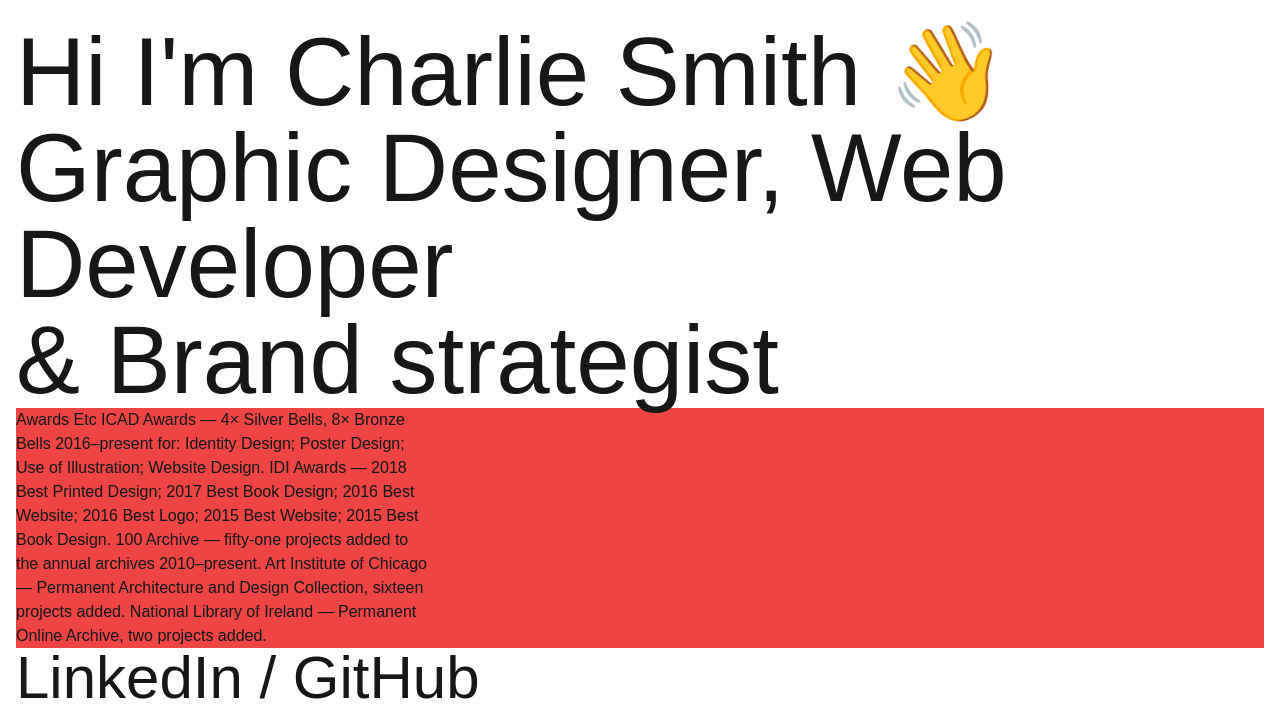
Repository: charlehs/portfolio
Page: /
The author's editor kept a copy of each file at every save. The page is drawn from the files as they stood at one save, then again after the next save.
The browser window is 1280 px wide. The pictures show the whole page.
The project was rebuilt for these pictures with package versions that can differ from the ones it lists, and the page was loaded fresh each time. The framework's server and built-in components were replaced by stand-ins that run in the browser. Also part of the build but not shown: next.config.ts.

Above is the page before, as saved 2025-01-02 16:55:13.

After the next save:
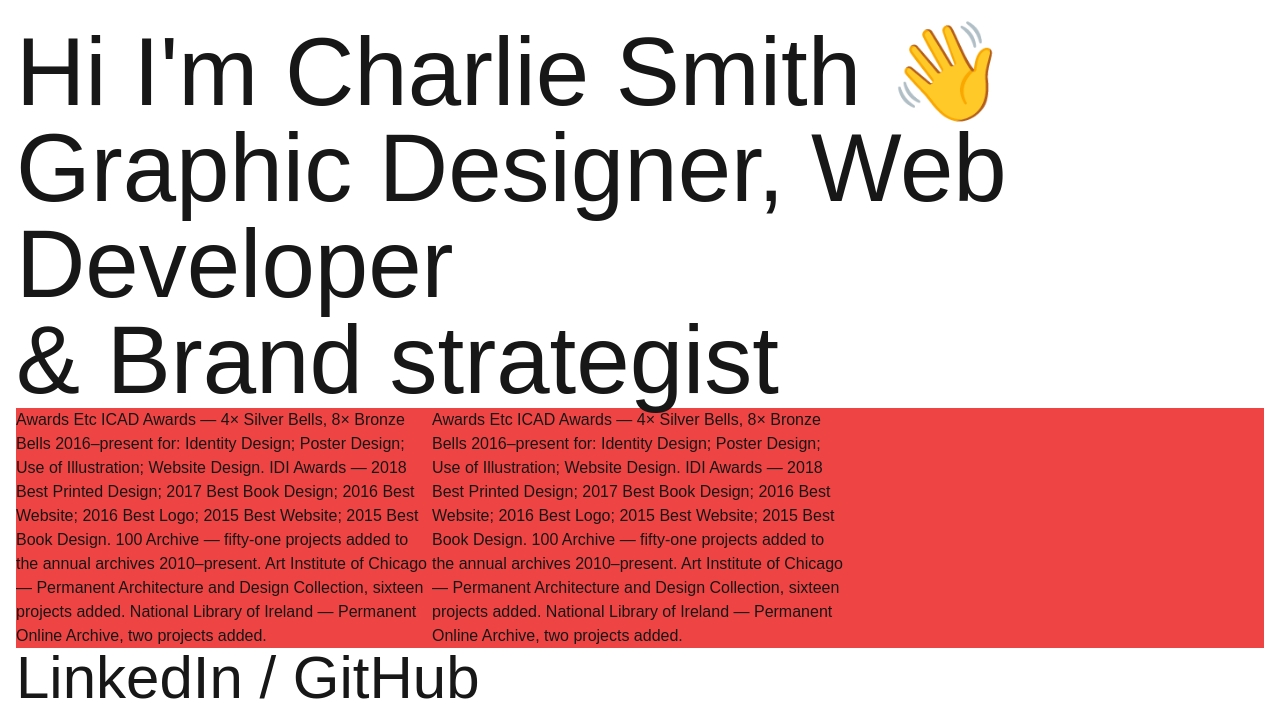
Saved 22 s later.
--- a/app/page.tsx
+++ b/app/page.tsx
@@ -24,6 +24,17 @@ export default function Home() {
             added. National Library of Ireland — Permanent Online Archive, two
             projects added.
           </p>
+          <p>
+            Awards Etc ICAD Awards — 4× Silver Bells, 8× Bronze Bells
+            2016–present for: Identity Design; Poster Design; Use of
+            Illustration; Website Design. IDI Awards — 2018 Best Printed Design;
+            2017 Best Book Design; 2016 Best Website; 2016 Best Logo; 2015 Best
+            Website; 2015 Best Book Design. 100 Archive — fifty-one projects
+            added to the annual archives 2010–present. Art Institute of Chicago
+            — Permanent Architecture and Design Collection, sixteen projects
+            added. National Library of Ireland — Permanent Online Archive, two
+            projects added.
+          </p>
         </div>
       </main>
       <footer className=" ">
